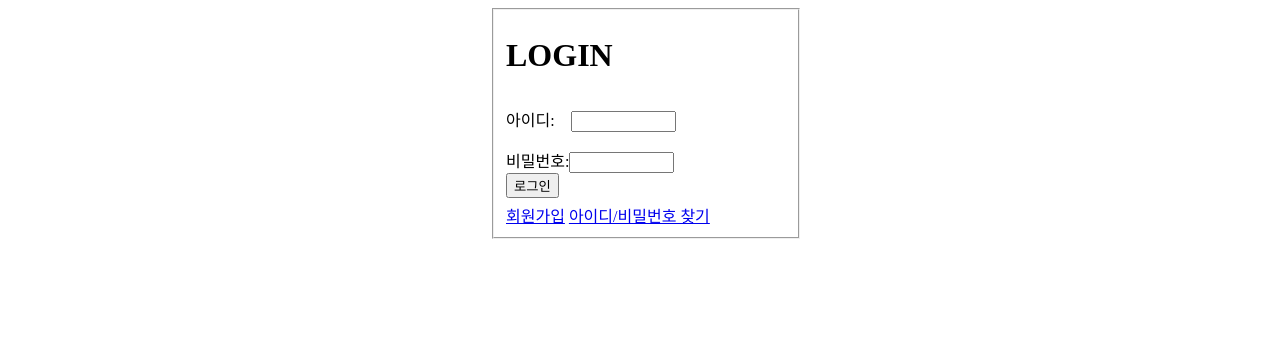
Repository: to-flatwhite1/JSP
Page: http://localhost/JSP/next.jsp
The author's editor kept a copy of each file at every save. The page is drawn from the files as they stood at one save, then again after the next save.
The browser window is 1280 px wide. The pictures show the whole page.
The page is served by Tomcat 9.

Above is the page before, as saved 2024-05-17 09:41:20.

### portfolio-master/JSP/src/main/webapp/next.jsp
<%@ page language="java" contentType="text/html; charset=EUC-KR"
    pageEncoding="EUC-KR"%>
<!DOCTYPE html>
<html>
<head>
<meta charset="EUC-KR">
<title>산책어때:로그인</title>
<style>
	#container{
		width:300px;
		margin:0 auto;
	}
	#user_id{
		margin:16px;
	}
	.submit{
		width:280px;
		height:30px;
	}
</style>
</head>
<body>
	<div id="container">
	<form method="get" action="next.jsp">
	<fieldset>
	<h1>LOGIN</h1>
	아이디:<input type="text" id="user_id" size="10"><br>
	비밀번호:<input type="password" id="user_pw" size="10"><br>
	<div class=submit>
		<input type="submit" value="로그인"><br>
	</div>
	<a href="next2.jsp">회원가입</a>
	<a href="next3.jsp">아이디/비밀번호 찾기</a>
	</fieldset>
	</form>
	</div>

</body>
</html>

After the next save:
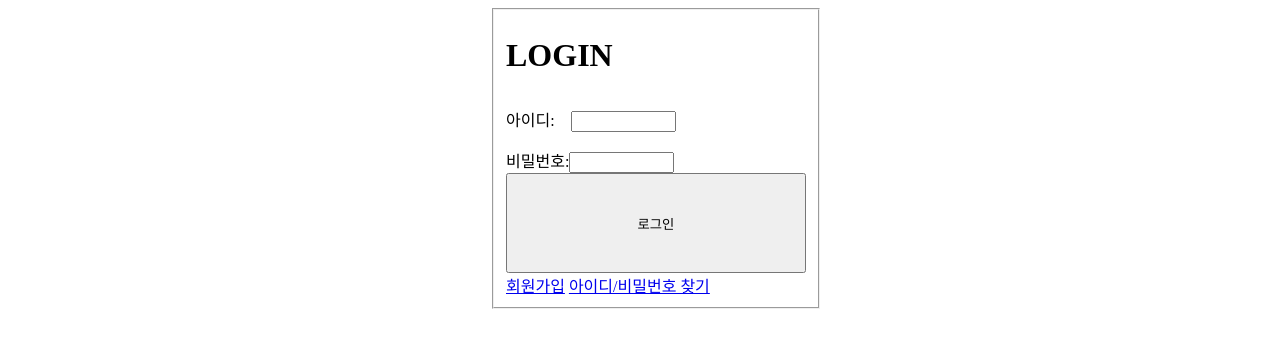
Saved 43 s later.
--- a/portfolio-master/JSP/src/main/webapp/next.jsp
+++ b/portfolio-master/JSP/src/main/webapp/next.jsp
@@ -13,9 +13,9 @@
 	#user_id{
 		margin:16px;
 	}
-	.submit{
-		width:280px;
-		height:30px;
+	#submit{
+		width:300px;
+		height:100px;
 	}
 </style>
 </head>
@@ -27,7 +27,7 @@
 	아이디:<input type="text" id="user_id" size="10"><br>
 	비밀번호:<input type="password" id="user_pw" size="10"><br>
 	<div class=submit>
-		<input type="submit" value="로그인"><br>
+		<input type="submit" id="submit" value="로그인"><br>
 	</div>
 	<a href="next2.jsp">회원가입</a>
 	<a href="next3.jsp">아이디/비밀번호 찾기</a>
